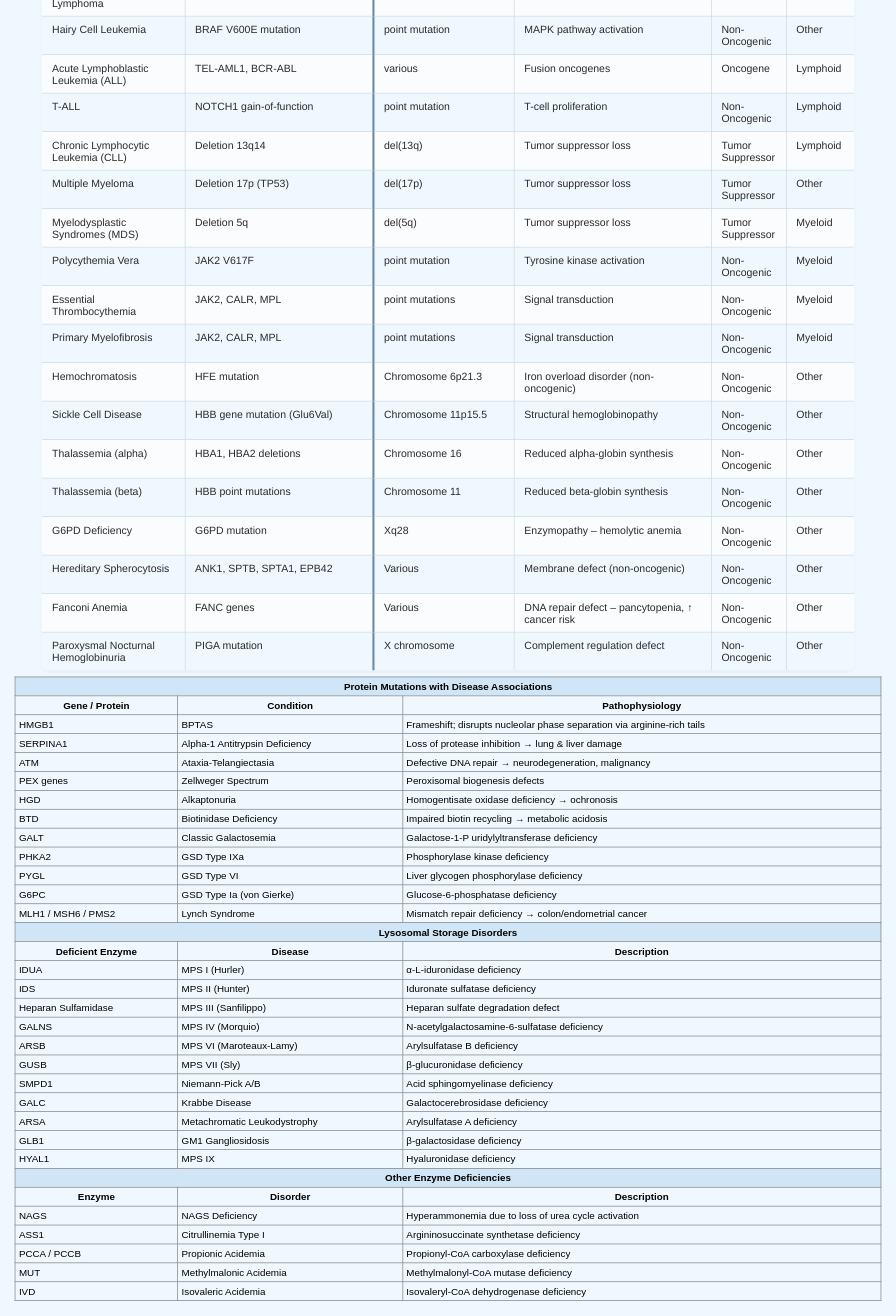
Repository: sharperdragon/STEVEL-1-Summaries
Page: subdex/chromosomes.html
These files come from the project's save history. The page is drawn as it stood at one moment and after the next save; the edit follows.
The browser window is 1280 px wide. The pictures show the part of the page from y = 3351 to 5271 px (the page is 5231 px tall before and 5271 px after), at 70% of full size.

Above is the page before, as saved 2025-05-19 13:02:40.

### subdex/chromosomes.html
<!DOCTYPE html>
<html lang="en">
<head>
    <meta charset="UTF-8">
    <meta name="viewport" content="width=device-width, initial-scale=1.0">
    <title>Summary tables</title>
    <link rel="stylesheet" href="/STEVEL-1-Summaries/static/style.css">
    <link rel="icon" href="/STEVEL-1-Summaries/subdex/metabolism.html">
</head>

<body>

<nav style="margin: 10px 0; text-align: center;">
  <a href="index.html" class="nav-link"> HOME </a>   |
    <a href="subdex/metabolism.html" class="nav-link">Metabolism Summary</a> |
  <a href="subdex/hemeonc.html" class="nav-link">Heme-Onc Table</a> |
  <a href="subdex/.html" class="nav-link">chromosomes</a> |
</nav>

<div class="table-responsive">
<table class="autoantibody-table" border="1" cellspacing="0" cellpadding="6" style="border-collapse: collapse; width: 100%;">
  <thead>
    <tr>
      <th colspan="4" style="background-color: #add8e6; text-align: center; font-size: 1.2em;">
        <strong>Disease-Associated Autoantibodies</strong>
      </th>
    </tr>
    <tr>
      <th style="background-color: #f0f8ff; text-align: center;">Condition</th>
      <th style="background-color: #f0f8ff; text-align: center; border-right: 3px solid black;">Autoantibody</th>
      <th style="background-color: #f0f8ff; text-align: center;">Condition</th>
      <th style="background-color: #f0f8ff; text-align: center;">Autoantibody</th>
    </tr>
  </thead>
  <tbody>
    <tr>
      <td><strong>Antiphospholipid syndrome</strong></td>
      <td style="border-right: 3px solid black;"><ul><li>Anti-β<sub>2</sub> glycoprotein</li></ul></td>
      <td><strong>Autoimmune hepatitis</strong></td>
      <td><ul><li>Anti-smooth muscle</li></ul></td>
    </tr>
    <tr>
      <td><strong>Bullous pemphigoid</strong></td>
      <td style="border-right: 3px solid black;"><ul><li>Antihemidesmosome</li></ul></td>
      <td><strong>Celiac disease</strong></td>
      <td><ul><li>IgA anti-endomysial</li><li>IgA anti-TTG</li></ul></td>
    </tr>
    <tr>
      <td><strong>Diffuse systemic sclerosis</strong></td>
      <td style="border-right: 3px solid black;"><ul><li>Anti-topoisomerase I</li></ul></td>
      <td><strong>Drug-induced lupus</strong></td>
      <td><ul><li>Antihistone</li></ul></td>
    </tr>
    <tr>
      <td><strong>Myasthenia gravis</strong></td>
      <td style="border-right: 3px solid black;"><ul><li>Anti-ACh receptor</li></ul></td>
      <td><strong>Goodpasture syndrome</strong></td>
      <td><ul><li>Anti-GBM</li></ul></td>
    </tr>
    <tr>
      <td><strong>Graves disease</strong></td>
      <td style="border-right: 3px solid black;"><ul><li>Anti-TSH receptor</li></ul></td>
      <td><strong>Hashimoto thyroiditis</strong></td>
      <td><ul><li>Antimicrosomal</li><li>Anti-TPO</li><li>Antithyroglobulin</li></ul></td>
    </tr>
    <tr>
      <td><strong>Lambert-Eaton syndrome</strong></td>
      <td style="border-right: 3px solid black;"><ul><li>Anti-VGCC</li></ul></td>
      <td><strong>Limited systemic sclerosis</strong></td>
      <td><ul><li>Anticentromere</li></ul></td>
    </tr>
    <tr>
      <td><strong>Microscopic polyangiitis</strong></td>
      <td style="border-right: 3px solid black;"><ul><li>p-ANCA</li><li>MPO-ANCA</li></ul></td>
      <td><strong>Mixed connective tissue disease</strong></td>
      <td><ul><li>Anti-U1 RNP</li></ul></td>
    </tr>
    <tr>
      <td><strong>SLE (screen)</strong></td>
      <td style="border-right: 3px solid black;"><ul><li>ANA</li></ul></td>
      <td><strong>Pemphigus vulgaris</strong></td>
      <td><ul><li>Antidesmoglein</li></ul></td>
    </tr>
    <tr>
      <td><strong>Pernicious anemia</strong></td>
      <td style="border-right: 3px solid black;"><ul><li>Anti-intrinsic factor</li></ul></td>
      <td><strong>Polymyositis / Dermatomyositis</strong></td>
      <td><ul><li>Anti-SRP</li><li>Antihelicase (Mi-2)</li></ul></td>
    </tr>
    <tr>
      <td><strong>Primary biliary cholangitis</strong></td>
      <td style="border-right: 3px solid black;"><ul><li>Antimitochondrial</li></ul></td>
      <td><strong>SLE</strong></td>
      <td><ul><li>Anticardiolipin</li></ul></td>
    </tr>
    <tr>
      <td><strong>Sjögren syndrome</strong></td>
      <td style="border-right: 3px solid black;"><ul><li>Anti-SSA</li><li>Anti-SSB</li></ul></td>
      <td><strong>Type 1 diabetes</strong></td>
      <td><ul><li>Anti-GAD</li><li>Islet cell Ab</li></ul></td>
    </tr>
    <tr>
      <td><strong>Autoimmune encephalitis</strong></td>
      <td style="border-right: 3px solid black;"><ul><li>Anti-NMDA receptor</li></ul></td>
      <td><strong>Neuromyelitis optica</strong></td>
      <td><ul><li>Anti-aquaporin-4</li></ul></td>
    </tr>
    <tr>
      <td><strong>Rheumatoid arthritis</strong></td>
      <td style="border-right: 3px solid black;"><ul><li>RF</li><li>Anti-CCP</li></ul></td>
      <td><strong>Paraneoplastic syndromes</strong></td>
      <td><ul><li>Anti-Hu</li><li>Anti-Yo</li><li>Anti-Ri</li></ul></td>
    </tr>
    <tr>
      <td colspan="4" style="font-size: 90%; padding-top: 10px;">
        <em>Abbreviations: ACh = acetylcholine, ANA = antinuclear antibody, ANCA = antineutrophil cytoplasmic antibody, CCP = cyclic citrullinated peptide, GAD = glutamic acid decarboxylase, GBM = glomerular basement membrane, MPO = myeloperoxidase, RF = rheumatoid factor, SRP = signal recognition particle, TPO = thyroid peroxidase, TSH = thyroid-stimulating hormone, TTG = tissue transglutaminase, VGCC = voltage-gated calcium channel.</em>
      </td>
    </tr>
  </tbody>
</table>
</div>

<div class="table-container">
  <table class="chromosome-table">
    <thead>
      <tr>
        <th colspan="3" style="text-align: center; background-color: #d0e5f5;">
          <strong>Genetic Disorders by Chromosome</strong>
        </th>
      </tr>
      <tr>
        <th style="background-color: #f7f9fa;">Chromosome</th>
        <th style="background-color: #f7f9fa;">Disease</th>
        <th style="background-color: #f7f9fa;">Gene / Mutation Info</th>
      </tr>
    </thead>
    <tbody>
      <tr><td>Chromosome 1</td><td>Gaucher Disease</td><td>GBA gene</td></tr>
      <tr><td>Chromosome 1</td><td>Familial Hypercholesterolemia</td><td>LDLR gene</td></tr>
    <tr style="border-bottom: 4px solid #6c8ca3;"><td>Chromosome 1</td><td>Charcot-Marie-Tooth Disease Type 1B</td><td>MPZ gene</td></tr>
      <tr><td>Chromosome 2</td><td>Alström Syndrome</td><td>ALMS1 gene</td></tr>
      <tr style="border-bottom: 4px solid #6c8ca3;"><td>Chromosome 2</td><td>Holt-Oram Syndrome</td><td>TBX5 gene</td></tr>
      <tr><td>Chromosome 3</td><td>Von Hippel-Lindau Syndrome</td><td>VHL gene</td></tr>
<tr style="border-bottom: 4px solid #6c8ca3;"><td>Chromosome 3</td><td>Marfan Syndrome</td><td>FBN1 gene</td></tr>
      <tr><td>Chromosome 4</td><td>Huntington's Disease</td><td>HTT gene</td></tr>
      <tr><td>Chromosome 4</td><td>Achondroplasia</td><td>FGFR3 gene</td></tr>
    <tr ><td>Chromosome 4</td><td>Huntington's disease</td><td>HTT gene</td></tr>
      <tr><td>Chromosome 4</td><td>Wolf-Hirschhorn Syndrome</td><td>Microdeletion at 4p16.3</td></tr>
<tr style="border-bottom: 4px solid #6c8ca3;"><td>Chromosome 4</td><td>Polycystic Kidney Disease Type 2</td><td>PKD2 gene</td></tr>
      <tr><td>Chromosome 5</td><td>Familial Adenomatous Polyposis</td><td>APC gene</td></tr>
      <tr><td>Chromosome 5</td><td>Spinal muscular atrophy</td><td>SMN1 gene</td></tr>
      <tr><td>Chromosome 5</td><td>Cri-du-chat Syndrome</td><td>Deletion at 5p15.2</td></tr>
<tr style="border-bottom: 4px solid #6c8ca3;"><td>Chromosome 5</td><td>Spinal Muscular Atrophy</td><td>SMN1 gene</td></tr>
      <tr><td>Chromosome 6</td><td>Hemochromatosis</td><td>HFE gene</td></tr>
<tr style="border-bottom: 4px solid #6c8ca3;"><td>Chromosome 6</td><td>Maple Syrup Urine Disease</td><td>BCKDHB gene</td></tr>
      <tr><td>Chromosome 7</td><td>Cystic Fibrosis</td><td>CFTR gene</td></tr>
      <tr><td>Chromosome 7</td><td>Williams Syndrome</td><td>Microdeletion at 7q11.23, ELN gene</td></tr>
<tr style="border-bottom: 4px solid #6c8ca3;"><td>Chromosome 7</td><td>Smith-Lemli-Opitz Syndrome</td><td>DHCR7 gene</td></tr>
      <tr><td>Chromosome 8</td><td>Werner Syndrome</td><td>WRN gene</td></tr>
<tr style="border-bottom: 4px solid #6c8ca3;"><td>Chromosome 8</td><td>Burkitt Lymphoma</td><td>MYC gene translocation</td></tr>
      <tr><td>Chromosome 9</td><td>Tuberous Sclerosis</td><td>TSC1 gene</td></tr>
<tr style="border-bottom: 4px solid #6c8ca3;"><td>Chromosome 9</td><td>Familial Dysautonomia</td><td>IKBKAP gene</td></tr>
      <tr><td>Chromosome 10</td><td>Cowden Syndrome</td><td>PTEN gene</td></tr>
<tr style="border-bottom: 4px solid #6c8ca3;"><td>Chromosome 10</td><td>MEN Type 2</td><td>RET gene</td></tr>
      <tr><td>Chromosome 11</td><td>Sickle Cell Disease</td><td>HBB gene</td></tr>
      <tr><td>Chromosome 11</td><td>Wilms Tumor</td><td>WT1 gene</td></tr>
<tr style="border-bottom: 4px solid #6c8ca3;"><td>Chromosome 11</td><td>Beckwith-Wiedemann Syndrome</td><td>Imprinting defect at 11p15</td></tr>
      <tr><td>Chromosome 12</td><td>Phenylketonuria</td><td>PAH gene</td></tr>
<tr style="border-bottom: 4px solid #6c8ca3;"><td>Chromosome 12</td><td>Noonan Syndrome</td><td>PTPN11 gene</td></tr>
      <tr><td>Chromosome 13</td><td>Retinoblastoma</td><td>RB1 gene</td></tr>
      <tr><td>Chromosome 13</td><td>Patau Syndrome</td><td>Trisomy 13</td></tr>
<tr style="border-bottom: 4px solid #6c8ca3;"><td>Chromosome 13</td><td>Wilson Disease</td><td>ATP7B gene</td></tr>
      <tr><td>Chromosome 14</td><td>Early-Onset Alzheimer’s</td><td>PSEN1 gene</td></tr>
      <tr><td>Chromosome 14</td><td>Congenital Myotonic Dystrophy</td><td>DMPK gene</td></tr>
<tr style="border-bottom: 4px solid #6c8ca3;"><td>Chromosome 15</td><td>Prader-Willi Syndrome</td><td>15q11-q13 paternal del / UPD</td></tr>
      <tr><td>Chromosome 15</td><td>Angelman Syndrome</td><td>15q11-q13 maternal del / UPD, UBE3A</td></tr>
      <tr><td>Chromosome 15</td><td>Marfan Syndrome</td><td>FBN1 gene</td></tr>
<tr style="border-bottom: 4px solid #6c8ca3;"><td>Chromosome 15</td><td>Tay-Sachs Disease</td><td>HEXA gene</td></tr>
      <tr><td>Chromosome 16</td><td>PKD Type 1</td><td>PKD1 gene</td></tr>
<tr style="border-bottom: 4px solid #6c8ca3;"><td>Chromosome 16</td><td>Rubinstein-Taybi Syndrome</td><td>CREBBP gene</td></tr>
      <tr><td>Chromosome 17</td><td>NF1</td><td>NF1 gene</td></tr>
      <tr><td>Chromosome 17</td><td>HNPP</td><td>PMP22 deletion</td></tr>
      <tr><td>Chromosome 17</td><td>Charcot-Marie-Tooth disease Type 1A</td><td>PMP22 duplication at 17p12</td></tr>
    <tr><td>Chromosome 17</td><td>Neurofibromatosis Type 1</td><td>NF1 at 17q11.2</td></tr>
    <tr><td>Chromosome 17</td><td>Li-Fraumeni syndrome</td><td>TP53 gene</td></tr>
    <tr><td>Chromosome 17</td><td>Hereditary breast and ovarian cancer</td><td>BRCA1 gene</td></tr>
      <tr><td>Chromosome 17</td><td>Li-Fraumeni Syndrome</td><td>TP53 gene</td></tr>
      <tr><td>Chromosome 17</td><td>Canavan Disease</td><td>ASPA gene</td></tr>
<tr style="border-bottom: 4px solid #6c8ca3;"><td>Chromosome 18</td><td>Edwards Syndrome</td><td>Trisomy 18</td></tr>
      <tr><td>Chromosome 18</td><td>Peutz-Jeghers Syndrome</td><td>STK11 gene</td></tr>
      <tr><td>Chromosome 19</td><td>Familial Hypercholesterolemia</td><td>LDLR gene</td></tr>
<tr style="border-bottom: 4px solid #6c8ca3;"><td>Chromosome 19</td><td>Myotonic Dystrophy Type 1</td><td>DMPK gene</td></tr>
      <tr><td>Chromosome 20</td><td>Apert Syndrome</td><td>FGFR2 gene</td></tr>
<tr style="border-bottom: 4px solid #6c8ca3;"><td>Chromosome 20</td><td>Waardenburg Syndrome Type 2A</td><td>MITF gene</td></tr>
      <tr><td>Chromosome 21</td><td>Down Syndrome</td><td>Trisomy 21</td></tr>
      <tr><td>Chromosome 21</td><td>Early-onset Alzheimer's disease</td><td>APP gene</td></tr>
<tr style="border-bottom: 4px solid #6c8ca3;"><td>Chromosome 21</td><td>ALS</td><td>SOD1 gene</td></tr>
      <tr><td>Chromosome 22</td><td>DiGeorge Syndrome</td><td>Microdeletion at 22q11.2</td></tr>
<tr style="border-bottom: 4px solid #6c9fa3;"><td>Chromosome 22</td><td>NF2</td><td>NF2 gene</td></tr>
      <tr><td>X</td><td>Fragile X Syndrome</td><td>FMR1 gene</td></tr>
      <tr><td>X</td><td>Duchenne Muscular Dystrophy</td><td>DMD gene</td></tr>
      <tr><td>X</td><td>Hemophilia A</td><td>F8 gene</td></tr>
      <tr><td>X</td><td>Hemophilia B</td><td>F9 gene</td></tr>
      <tr><td>X</td><td>Color Blindness</td><td>OPN1LW, OPN1MW, OPN1SW</td></tr>
      <tr><td>X</td><td>Rett Syndrome</td><td>MECP2 gene</td></tr>
      <tr><td>X</td><td>Turner Syndrome</td><td>Missing or partial X</td></tr>
      <tr><td>X</td><td>Fabry Disease</td><td>GLA gene</td></tr>
      <tr><td>X</td><td>OTC Deficiency</td><td>OTC gene</td></tr>
<tr style="border-bottom: 4px solid #6c8ca3;"><td>X</td><td>Adrenoleukodystrophy</td><td>ABCD1 gene</td></tr>
      <tr><td>Y</td><td>Male infertility</td><td>Various genes</td></tr>
<tr style="border-bottom: 4px solid #8cce6d;"><td>Y</td><td>Swyer Syndrome</td><td>SRY mutation or deletion</td></tr>
      <tr><td>Multiple</td><td>Klinefelter Syndrome</td><td>47,XXY</td></tr>
      <tr><td>Multiple</td><td>Triple X Syndrome</td><td>47,XXX</td></tr>
      <tr><td>Multiple</td><td>XYY Syndrome</td><td>47,XYY</td></tr>
      <tr><td>Multiple</td><td>Jacobsen Syndrome</td><td>Partial deletion of 11q</td></tr>
      <tr><td>Multiple</td><td>Acute Promyelocytic Leukemia</td><td>PML-RARA (t15;17)</td></tr>
      <tr><td>Multiple</td><td>Chronic Myeloid Leukemia</td><td>BCR-ABL (t9;22, Ph+)</td></tr>
      <tr><td>Multiple</td><td>Ehlers-Danlos Syndrome</td><td>COL5A1, COL5A2, COL3A1</td></tr>
      <tr><td>Multiple</td><td>Osteogenesis Imperfecta</td><td>COL1A1, COL1A2</td></tr>
      <tr><td>Multiple</td><td>CAH</td><td>CYP21A2 (chr6)</td></tr>
      <tr><td>Multiple</td><td>Albinism</td><td>TYR, OCA2, TYRP1</td></tr>
    </tbody>
  </table>
</div>

<div class="table-container">
  <table class="autoantibody-table">
    <thead>
      <tr>
        <th colspan="6" style="text-align: center; background-color: #d0e5f5;">
          <strong>Heme-Onc Gene Mutations Summary</strong>
        </th>
      </tr>
      <tr>
        <th style="background-color: #f7f9fa;">Disease</th>
        <th style="background-color: #f7f9fa;">Gene / Mutation</th>
        <th style="background-color: #f7f9fa;">Cytogenetics</th>
        <th style="background-color: #f7f9fa;">Mechanism</th>
        <th style="background-color: #f7f9fa;">Category</th>
        <th style="background-color: #f7f9fa;">Lineage</th>
      </tr>
    </thead>
    <tbody>
<tr><td>Chronic Myeloid Leukemia (CML)</td><td>BCR-ABL fusion</td><td>t(9;22), Philadelphia chromosome</td><td>Oncogene activation</td><td>Oncogene</td><td>Myeloid</td></tr>
<tr><td>Acute Promyelocytic Leukemia (APL)</td><td>PML-RARA fusion</td><td>t(15;17)</td><td>Oncogene activation</td><td>Oncogene</td><td>Myeloid</td></tr>
<tr><td>Burkitt Lymphoma</td><td>MYC translocation</td><td>t(8;14)</td><td>Oncogene activation</td><td>Oncogene</td><td>Lymphoid</td></tr>
<tr><td>Mantle Cell Lymphoma</td><td>Cyclin D1 (CCND1) translocation</td><td>t(11;14)</td><td>Oncogene activation</td><td>Oncogene</td><td>Lymphoid</td></tr>
<tr><td>Follicular Lymphoma</td><td>BCL2 translocation</td><td>t(14;18)</td><td>Apoptosis inhibition</td><td>Non-Oncogenic</td><td>Lymphoid</td></tr>
<tr><td>Diffuse Large B-Cell Lymphoma</td><td>BCL6 mutations</td><td>various</td><td>Oncogene activation</td><td>Oncogene</td><td>Lymphoid</td></tr>
<tr><td>Hairy Cell Leukemia</td><td>BRAF V600E mutation</td><td>point mutation</td><td>MAPK pathway activation</td><td>Non-Oncogenic</td><td>Other</td></tr>
<tr><td>Acute Lymphoblastic Leukemia (ALL)</td><td>TEL-AML1, BCR-ABL</td><td>various</td><td>Fusion oncogenes</td><td>Oncogene</td><td>Lymphoid</td></tr>
<tr><td>T-ALL</td><td>NOTCH1 gain-of-function</td><td>point mutation</td><td>T-cell proliferation</td><td>Non-Oncogenic</td><td>Lymphoid</td></tr>
<tr><td>Chronic Lymphocytic Leukemia (CLL)</td><td>Deletion 13q14</td><td>del(13q)</td><td>Tumor suppressor loss</td><td>Tumor Suppressor</td><td>Lymphoid</td></tr>
<tr><td>Multiple Myeloma</td><td>Deletion 17p (TP53)</td><td>del(17p)</td><td>Tumor suppressor loss</td><td>Tumor Suppressor</td><td>Other</td></tr>
<tr><td>Myelodysplastic Syndromes (MDS)</td><td>Deletion 5q</td><td>del(5q)</td><td>Tumor suppressor loss</td><td>Tumor Suppressor</td><td>Myeloid</td></tr>
<tr><td>Polycythemia Vera</td><td>JAK2 V617F</td><td>point mutation</td><td>Tyrosine kinase activation</td><td>Non-Oncogenic</td><td>Myeloid</td></tr>
<tr><td>Essential Thrombocythemia</td><td>JAK2, CALR, MPL</td><td>point mutations</td><td>Signal transduction</td><td>Non-Oncogenic</td><td>Myeloid</td></tr>
<tr><td>Primary Myelofibrosis</td><td>JAK2, CALR, MPL</td><td>point mutations</td><td>Signal transduction</td><td>Non-Oncogenic</td><td>Myeloid</td></tr>
<tr><td>Hemochromatosis</td><td>HFE mutation</td><td>Chromosome 6p21.3</td><td>Iron overload disorder (non-oncogenic)</td><td>Non-Oncogenic</td><td>Other</td></tr>
<tr><td>Sickle Cell Disease</td><td>HBB gene mutation (Glu6Val)</td><td>Chromosome 11p15.5</td><td>Structural hemoglobinopathy</td><td>Non-Oncogenic</td><td>Other</td></tr>
<tr><td>Thalassemia (alpha)</td><td>HBA1, HBA2 deletions</td><td>Chromosome 16</td><td>Reduced alpha-globin synthesis</td><td>Non-Oncogenic</td><td>Other</td></tr>
<tr><td>Thalassemia (beta)</td><td>HBB point mutations</td><td>Chromosome 11</td><td>Reduced beta-globin synthesis</td><td>Non-Oncogenic</td><td>Other</td></tr>
<tr><td>G6PD Deficiency</td><td>G6PD mutation</td><td>Xq28</td><td>Enzymopathy – hemolytic anemia</td><td>Non-Oncogenic</td><td>Other</td></tr>
<tr><td>Hereditary Spherocytosis</td><td>ANK1, SPTB, SPTA1, EPB42</td><td>Various</td><td>Membrane defect (non-oncogenic)</td><td>Non-Oncogenic</td><td>Other</td></tr>
<tr><td>Fanconi Anemia</td><td>FANC genes</td><td>Various</td><td>DNA repair defect – pancytopenia, ↑ cancer risk</td><td>Non-Oncogenic</td><td>Other</td></tr>
<tr><td>Paroxysmal Nocturnal Hemoglobinuria</td><td>PIGA mutation</td><td>X chromosome</td><td>Complement regulation defect</td><td>Non-Oncogenic</td><td>Other</td></tr>
    </tbody>
  </table>
</div>
<div class="table-responsive">
  <table border="2" frame="box" rules="all" cellspacing="1" cellpadding="5" style="width:100%; font-family:Arial, sans-serif; font-size:14px;">
    <thead>
      <tr>
        <th colspan="3" style="background-color:#d0e5f5; text-align:center;"><strong>Protein Mutations with Disease Associations</strong></th>
      </tr>
      <tr style="background-color:#f0f8ff;">
        <th>Gene / Protein</th>
        <th>Condition</th>
        <th>Pathophysiology</th>
      </tr>
    </thead>
    <tbody>
      <tr><td>HMGB1</td><td>BPTAS</td><td>Frameshift; disrupts nucleolar phase separation via arginine-rich tails</td></tr>
      <tr><td>SERPINA1</td><td>Alpha-1 Antitrypsin Deficiency</td><td>Loss of protease inhibition → lung & liver damage</td></tr>
      <tr><td>ATM</td><td>Ataxia-Telangiectasia</td><td>Defective DNA repair → neurodegeneration, malignancy</td></tr>
      <tr><td>PEX genes</td><td>Zellweger Spectrum</td><td>Peroxisomal biogenesis defects</td></tr>
      <tr><td>HGD</td><td>Alkaptonuria</td><td>Homogentisate oxidase deficiency → ochronosis</td></tr>
      <tr><td>BTD</td><td>Biotinidase Deficiency</td><td>Impaired biotin recycling → metabolic acidosis</td></tr>
      <tr><td>GALT</td><td>Classic Galactosemia</td><td>Galactose-1-P uridylyltransferase deficiency</td></tr>
      <tr><td>PHKA2</td><td>GSD Type IXa</td><td>Phosphorylase kinase deficiency</td></tr>
      <tr><td>PYGL</td><td>GSD Type VI</td><td>Liver glycogen phosphorylase deficiency</td></tr>
      <tr><td>G6PC</td><td>GSD Type Ia (von Gierke)</td><td>Glucose-6-phosphatase deficiency</td></tr>
      <tr><td>MLH1 / MSH6 / PMS2</td><td>Lynch Syndrome</td><td>Mismatch repair deficiency → colon/endometrial cancer</td></tr>
    </tbody>

    <thead>
      <tr>
        <th colspan="3" style="background-color:#d0e5f5; text-align:center;"><strong>Lysosomal Storage Disorders</strong></th>
      </tr>
      <tr style="background-color:#f0f8ff;">
        <th>Deficient Enzyme</th>
        <th>Disease</th>
        <th>Description</th>
      </tr>
    </thead>
    <tbody>
      <tr><td>IDUA</td><td>MPS I (Hurler)</td><td>α-L-iduronidase deficiency</td></tr>
      <tr><td>IDS</td><td>MPS II (Hunter)</td><td>Iduronate sulfatase deficiency</td></tr>
      <tr><td>Heparan Sulfamidase</td><td>MPS III (Sanfilippo)</td><td>Heparan sulfate degradation defect</td></tr>
      <tr><td>GALNS</td><td>MPS IV (Morquio)</td><td>N-acetylgalactosamine-6-sulfatase deficiency</td></tr>
      <tr><td>ARSB</td><td>MPS VI (Maroteaux-Lamy)</td><td>Arylsulfatase B deficiency</td></tr>
      <tr><td>GUSB</td><td>MPS VII (Sly)</td><td>β-glucuronidase deficiency</td></tr>
      <tr><td>SMPD1</td><td>Niemann-Pick A/B</td><td>Acid sphingomyelinase deficiency</td></tr>
      <tr><td>GALC</td><td>Krabbe Disease</td><td>Galactocerebrosidase deficiency</td></tr>
      <tr><td>ARSA</td><td>Metachromatic Leukodystrophy</td><td>Arylsulfatase A deficiency</td></tr>
      <tr><td>GLB1</td><td>GM1 Gangliosidosis</td><td>β-galactosidase deficiency</td></tr>
      <tr><td>HYAL1</td><td>MPS IX</td><td>Hyaluronidase deficiency</td></tr>
    </tbody>

    <thead>
      <tr>
        <th colspan="3" style="background-color:#d0e5f5; text-align:center;"><strong>Other Enzyme Deficiencies</strong></th>
      </tr>
      <tr style="background-color:#f0f8ff;">
        <th>Enzyme</th>
        <th>Disorder</th>
        <th>Description</th>
      </tr>
    </thead>
    <tbody>
      <tr><td>NAGS</td><td>NAGS Deficiency</td><td>Hyperammonemia due to loss of urea cycle activation</td></tr>
      <tr><td>ASS1</td><td>Citrullinemia Type I</td><td>Argininosuccinate synthetase deficiency</td></tr>
      <tr><td>PCCA / PCCB</td><td>Propionic Acidemia</td><td>Propionyl-CoA carboxylase deficiency</td></tr>
      <tr><td>MUT</td><td>Methylmalonic Acidemia</td><td>Methylmalonyl-CoA mutase deficiency</td></tr>
      <tr><td>IVD</td><td>Isovaleric Acidemia</td><td>Isovaleryl-CoA dehydrogenase deficiency</td></tr>
    </tbody>
  </table>
</div>


</body>

Loaded but not shown: static/style.css (452 lines, source omitted)

After the next save:
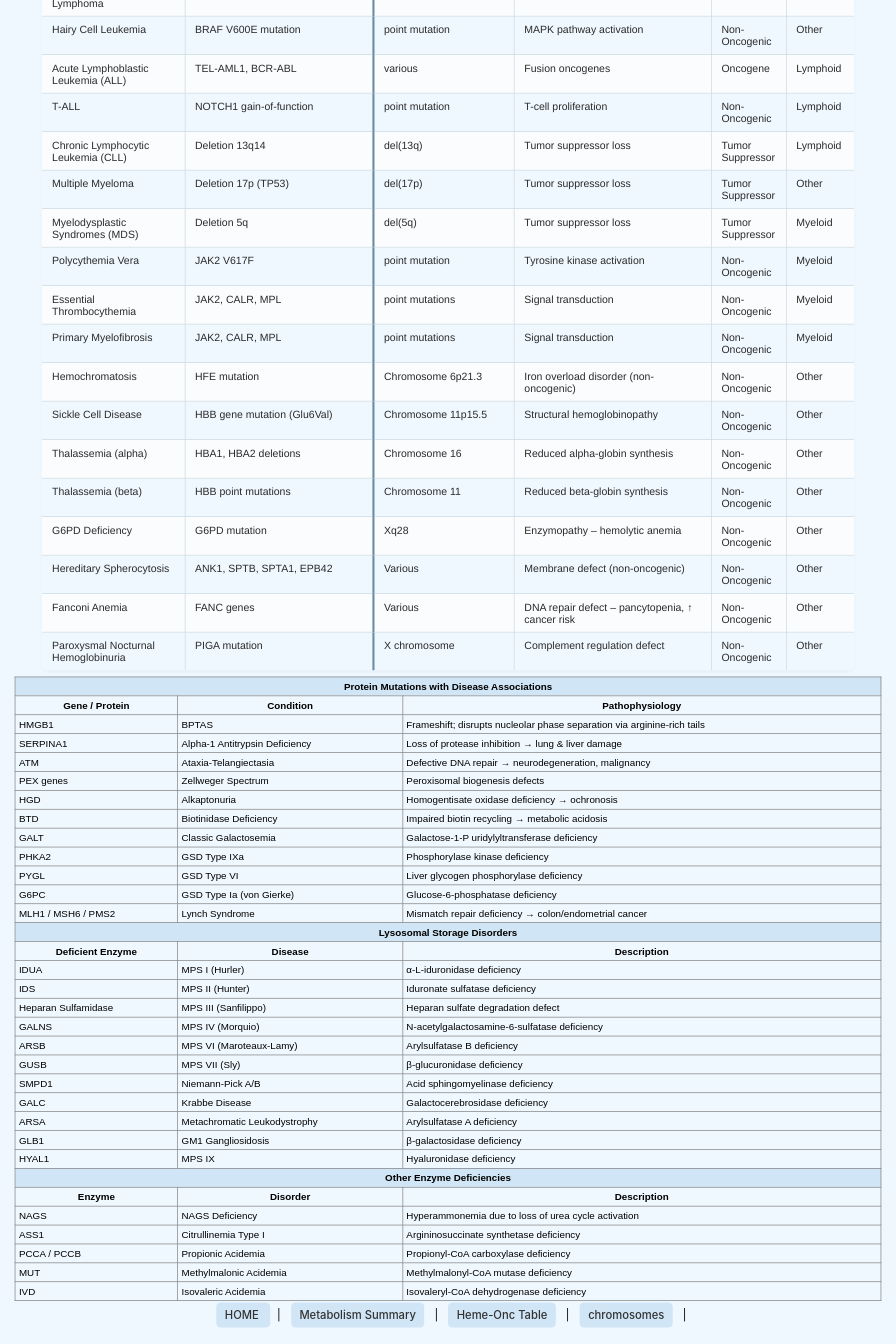
Saved 6 s later.
--- a/subdex/chromosomes.html
+++ b/subdex/chromosomes.html
@@ -337,5 +337,10 @@
   </table>
 </div>
 
-
+<nav style="margin: 10px 0; text-align: center;">
+  <a href="index.html" class="nav-link"> HOME </a>   |
+    <a href="subdex/metabolism.html" class="nav-link">Metabolism Summary</a> |
+  <a href="subdex/hemeonc.html" class="nav-link">Heme-Onc Table</a> |
+  <a href="subdex/.html" class="nav-link">chromosomes</a> |
+</nav>
 </body>
